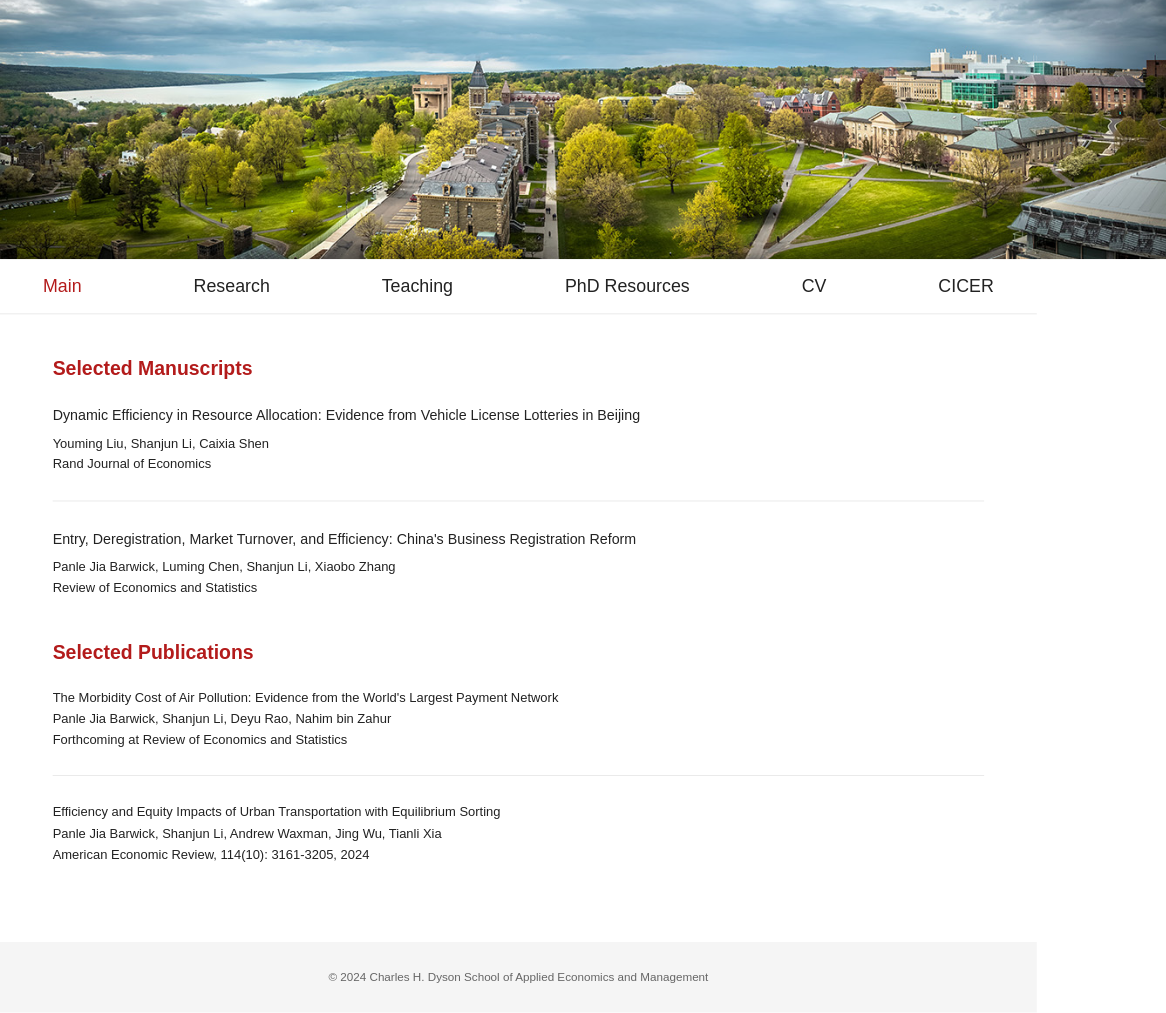
Repository: huang-heavenly-Emperor/k1_project
Page: index.html
These files come from the project's save history. The page is drawn as it stood at one moment and after the next save; the edit follows.
The browser window is 1280 px wide. The page is 1440 px wide, so the pictures cover 1440 px, including what lies to the right of the window. The pictures show the whole page, at 81% of full size.

Above is the page before, as saved 2024-11-17 05:56:21.

After the next save:
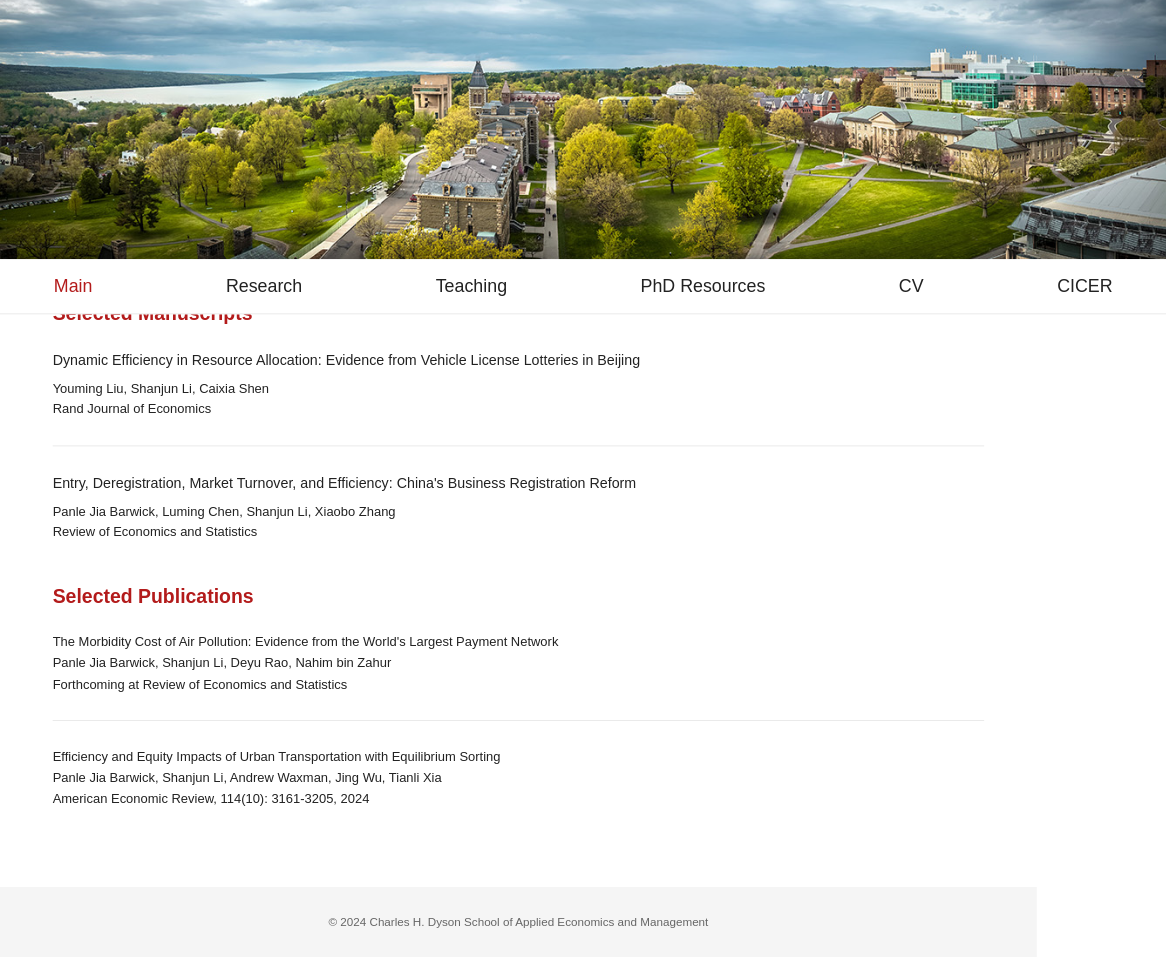
Saved 2 min 12 s later.
--- a/index.css
+++ b/index.css
@@ -23,6 +23,8 @@
 /* Header Styles */
 .site-header {
   position: relative;
+  width: 1440px;
+  height: 320px;
 }
 
 .banner {

After the 2 saves that followed:
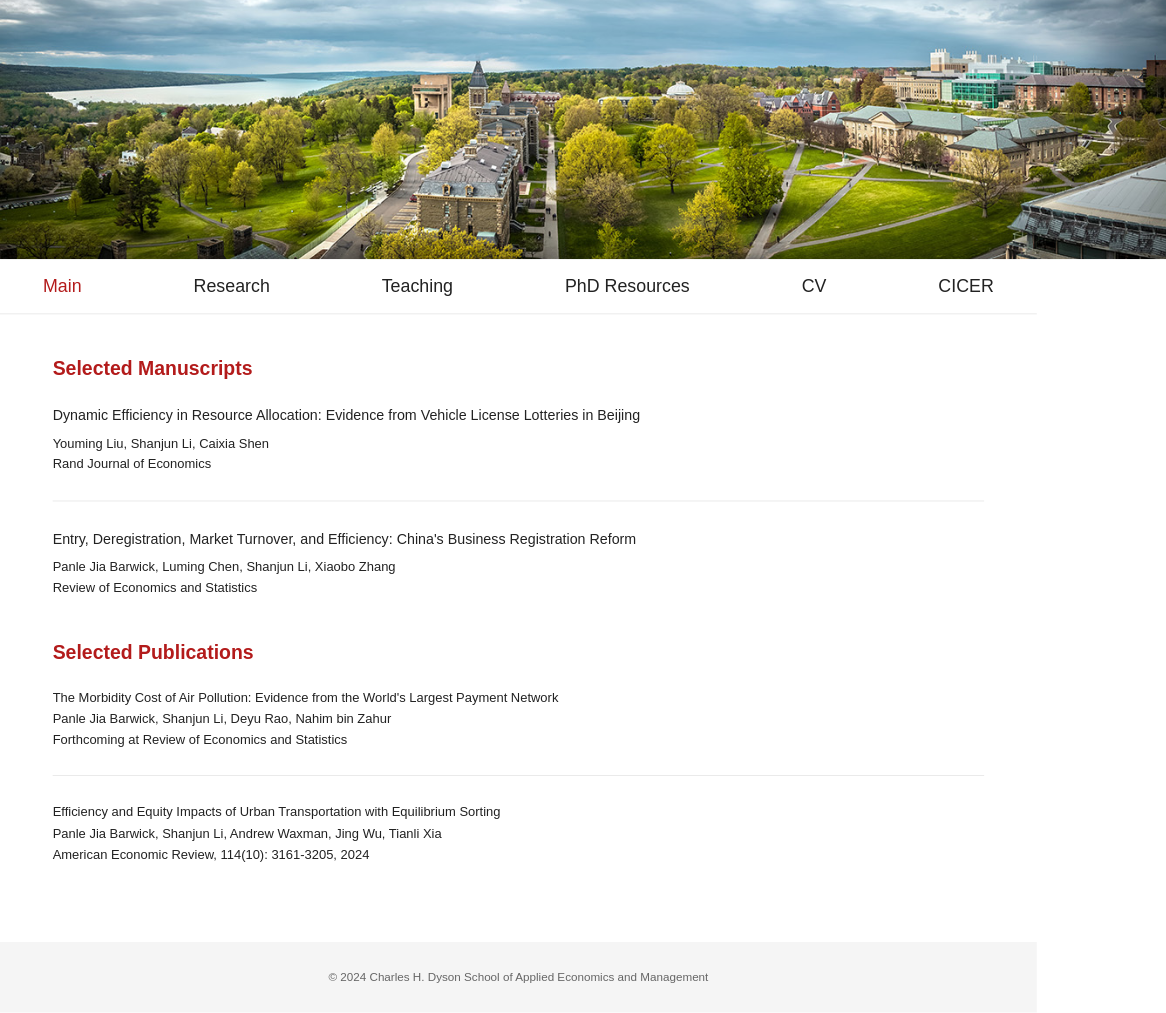
The 2 saves are shown as one change because 1 left the picture as it was.
The last was saved 9 s later.
--- a/index.css
+++ b/index.css
@@ -23,8 +23,6 @@
 /* Header Styles */
 .site-header {
   position: relative;
-  width: 1440px;
-  height: 320px;
 }
 
 .banner {
